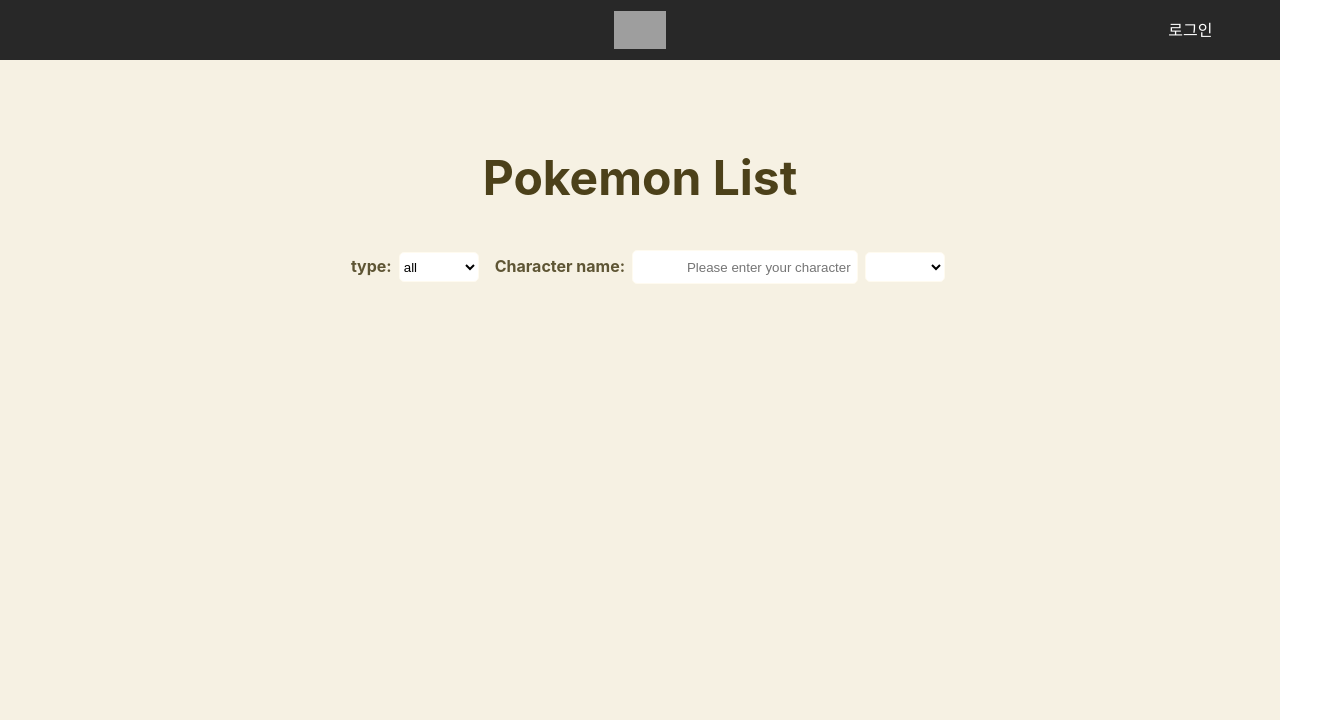
Repository: LeeYuNa0402/pokemon_vite
Page: /
These files come from the project's save history. The page is drawn as it stood at one moment and after the next save; the edit follows.
The browser window is 1280 px wide. The page is 1340 px wide, so the pictures cover 1340 px, including what lies to the right of the window. The pictures show the whole page.
Pictures or frames that could not be fetched are drawn as grey boxes. The page's requests for data from a server got no answer. The project was rebuilt for these pictures with package versions that can differ from the ones it lists, and the page was loaded fresh each time. No one was signed in, and anything a server would have sent is missing. Also part of the build but not shown: vite.config.ts, src/css/pokemon_type.css, src/PokemonDetail.tsx, src/Login.tsx, src/LoginInfo.tsx.

Above is the page before, as saved 2023-10-05 16:26:14.

### src/main.tsx
// import React from "react";
// import ReactDOM from "react-dom/client";
// import App from "./App.tsx";
// import "./index.css";

// ReactDOM.createRoot(document.getElementById("root")!).render(
//   <>
//     <App />
//   </>
// );

import ReactDOM from "react-dom/client";
import "./index.css";
import App from "./App";
import PokemonDetail from "./PokemonDetail";
import Login from "./Login";
import LoginInfo from "./LoginInfo";

import { createBrowserRouter, RouterProvider } from "react-router-dom";

const router = createBrowserRouter([
  {
    path: "/",
    element: <App />,
  },
  {
    path: ":name",
    element: <PokemonDetail />,
  },
  {
    path: "Login",
    element: <Login />,
  },
  {
    path: "LoginInfo",
    element: <LoginInfo />,
  },
]);

// const router = createBrowserRouter([
//   {
//     path: "/",
//     element: <Login />,
//   },
//   {
//     path: ":name",
//     element: <PokemonDetail />,
//   },
//   {
//     path: "App",
//     element: <App />,
//   },
//   {
//     path: "LoginInfo",
//     element: <LoginInfo />,
//   },
// ]);

const root = ReactDOM.createRoot(
  document.getElementById("root") as HTMLElement
);
root.render(<RouterProvider router={router} />);

### src/App.tsx
import PokemonList from "./PokemonList";

const App = () => {
  return (
    <div>
      <PokemonList />
    </div>
  );
};

export default App;

### src/PokemonList.tsx
import { useEffect, useState } from "react";
import axios from "axios";
import { useNavigate } from "react-router-dom";
import "./css/reset.css";
import "./css/style.css";
import CombineMenu from "./CombineMenu";
import Loading from "./Loading";

const PokemonList = () => {
  const navigate = useNavigate();
  // const { state } = useLocation();
  const [data, setData] = useState<any>([]);

  const [loading, setLoading] = useState(true);

  const [filterInput, setFilterInput] = useState("");
  const [filterSelect, setFilterSelect] = useState("all");
  const [sortName, setSortName] = useState("");
  const filterOptions = [
    { value: "all", name: "all" },
    { value: "grass", name: "grass" },
    { value: "poison", name: "poison" },
    { value: "fire", name: "fire" },
    { value: "flying", name: "flying" },
    { value: "water", name: "water" },
    { value: "bug", name: "bug" },
    { value: "normal", name: "normal" },
  ];

  useEffect(() => {
    const fetchData = async () => {
      const pokemonData = [];

      for (let i = 1; i <= 20; i++) {
        try {
          const response = await axios.get(
            `https://pokeapi.co/api/v2/pokemon/${i}`
          );
          pokemonData.push(response.data);
        } catch (error) {
          console.log(error, `pokemon ${i}`);
        }
      }

      setData(pokemonData);
      setLoading(false);
    };

    fetchData();
  }, []);

  const filteredData = data.filter((item: any) => {
    if (item.name.toLowerCase().includes(filterInput.toLowerCase()) === false) {
      console.log("없음");
    } else {
      if (filterSelect === "all") {
        return item.name.toLowerCase().includes(filterInput.toLowerCase());
      } else {
        return (
          item.name.toLowerCase().includes(filterInput.toLowerCase()) &&
          item.types.some((type: any) => type.type.name === filterSelect)
        );
      }
    }
  });

  return (
    <div className="pokemon-list">
      {loading ? (
        <Loading />
      ) : (
        <>
          <CombineMenu />

          <h1 className="main-tit">Pokemon List</h1>
          <form className="pokemon-search">
            <label htmlFor="types">type:</label>
            <select
              id="types"
              value={filterSelect}
              onChange={(e) => {
                setFilterSelect(e.target.value);
              }}
            >
              {filterOptions.map((option) => (
                <option key={option.value} value={option.value}>
                  {option.name}
                </option>
              ))}
            </select>

            <label htmlFor="types">Character name:</label>
            <input
              type="text"
              placeholder="
              Please enter your character name..."
              value={filterInput}
              onChange={(e) => {
                setFilterInput(e.target.value);
              }}
              className="search_input"
            />

            <select
              value={sortName}
              onChange={(e) => setSortName(e.target.value)}
            ></select>
          </form>
          <ul className="pokemon-cont">
            {filteredData?.map((item: any, index: number) => (
              <li
                onClick={() =>
                  navigate(item.name, {
                    state: {
                      name: item.name,
                      height: item.height,
                      weight: item.weight,
                      front_shiny: item.sprites.front_default,
                    },
                  })
                }
                key={`list_${index}`}
              >
                <span className="order"># {item.order}</span>
                <h2 className="name">{item.name}</h2>
                <img key={`list_${index}`} src={item.sprites.front_shiny} />

                <div>
                  {item?.types?.map((item: any, idx: any) => (
                    <p
                      key={`${idx}_${item.ability}`}
                      className={
                        item.type.name == "grass"
                          ? "grass"
                          : item.type.name == "water"
                          ? "water"
                          : item.type.name == "fire"
                          ? "fire"
                          : item.type.name == "bug"
                          ? "bug"
                          : item.type.name == "normal"
                          ? "normal"
                          : item.type.name == "poison"
                          ? "poison"
                          : item.type.name == "flying"
                          ? "flying"
                          : ""
                      }
                    >
                      {item.type.name}
                    </p>
                  ))}
                </div>
              </li>
            ))}
          </ul>
        </>
      )}
    </div>
  );
};

export default PokemonList;

### src/css/reset.css
html,
body,
div,
span,
applet,
object,
iframe,
h1,
h2,
h3,
h4,
h5,
h6,
p,
blockquote,
pre,
a,
abbr,
acronym,
address,
big,
cite,
code,
del,
dfn,
em,
img,
ins,
kbd,
q,
s,
samp,
small,
strike,
strong,
sub,
sup,
tt,
var,
b,
u,
i,
center,
dl,
dt,
dd,
ol,
ul,
li,
fieldset,
form,
label,
legend,
table,
caption,
tbody,
tfoot,
thead,
tr,
th,
td,
article,
aside,
canvas,
details,
embed,
figure,
figcaption,
footer,
header,
hgroup,
menu,
nav,
output,
ruby,
section,
summary,
time,
mark,
audio,
video {
  margin: 0;
  padding: 0;
  border: 0;
  font-size: 100%;
  font: inherit;
  vertical-align: baseline;
  /* color: #000; */
}
/* HTML5 display-role reset for older browsers */
article,
aside,
details,
figcaption,
figure,
footer,
header,
hgroup,
menu,
nav,
section {
  display: block;
}
body {
  line-height: 1;
}
ol,
ul {
  list-style: none;
}
blockquote,
q {
  quotes: none;
}
blockquote:before,
blockquote:after,
q:before,
q:after {
  content: "";
  content: none;
}
table {
  border-collapse: collapse;
  border-spacing: 0;
}

### src/css/style.css
#root {
  display: flex;
  justify-content: center;
  align-items: flex-start;
  /* height: 100vh; */
  /* background-color: rgba(26, 82, 142, 1);
    background-image: linear-gradient(to top, #304667, #041f4c);
    background: linear-gradient(to top, #304667, rgba(66, 16, 100, 0.6)),
      url(../image/cloude.png) no-repeat right 0; */
  background-color: #f6f1e3;
  /* padding: 8rem 0 8rem; */
  min-height: 100vh;
  width: 100%;
}

.pokemon-detail {
  text-align: center;
  width: 41%;
  background-color: #fcfcfc;
  border-radius: 20px;
  padding: 4rem 0;
  --tw-shadow: 0 4px 6px -1px rgb(0 0 0 / 0.1), 0 2px 4px -2px rgb(0 0 0 / 0.1);
  --tw-shadow-colored: 0 4px 6px -1px var(--tw-shadow-color),
    0 2px 4px -2px var(--tw-shadow-color);
  box-shadow: var(--tw-ring-offset-shadow, 0 0 #0000),
    var(--tw-ring-shadow, 0 0 #0000), var(--tw-shadow);
}

.pokemon-detail .name {
  font-size: 2rem;
  font-weight: bold;
  color: #746b4a;
}

.pokemon-detail .detail-img {
  width: 20%;
  border: 1px solid #8d7e49;
  margin: 1rem 0;
  --tw-shadow: 0 4px 6px -1px rgb(0 0 0 / 0.1), 0 2px 4px -2px rgb(0 0 0 / 0.1);
  --tw-shadow-colored: 0 4px 6px -1px var(--tw-shadow-color),
    0 2px 4px -2px var(--tw-shadow-color);
  box-shadow: var(--tw-ring-offset-shadow, 0 0 #0000),
    var(--tw-ring-shadow, 0 0 #0000), var(--tw-shadow);
  border-radius: 2%;
}

.pokemon-detail .characteristic {
  color: #282828;
}

.pokemon-detail .go-back-btn {
  position: absolute;
  top: 31%;
  left: 68.4%;
  transform: translate(-50%);
  background-color: #484848;
  /* width: 35px; */
  /* height: 35px; */
  border: none;
  border: 1px solid #484848;
  cursor: pointer;
  border-radius: 5px;
  transition: 0.3s;
  color: #fff;
  padding: 0.4rem 0.8rem;
}

.pokemon-detail .go-back-btn:hover {
  background-color: #fff;
  color: #000;
}

.pokemon-list {
  /* max-width: 1400px; */
  width: 100%;
  width: 1400px;
  margin-top: 11%;
}

.pokemon-list h1 {
  /* color: #ffc400;
    list-style: none;
    padding-left: 0px;
    text-align: center;
    margin-top: 0;
    font-size: 3rem;
    font-weight: bold; */
  /* padding-top: 5rem; */
}

.pokemon-list .order {
  font-size: 0.9rem;
  color: #b0a48b;
  position: absolute;
  top: 5%;
  left: 5%;
}

.main-tit {
  text-align: center;
  color: #4c411a;
  font-size: 3rem;
  font-weight: bold;
}

.pokemon-cont {
  display: flex;
  justify-content: flex-start;
  align-items: center;
  flex-wrap: wrap;
  list-style: none;
  padding-left: 0px;
  margin-top: 3rem;
  padding-bottom: 9rem;
}

.pokemon-cont li {
  position: relative;
  background-color: #fcfcfc;
  width: 24%;
  padding: 2rem 1rem;
  margin-bottom: 1rem;
  margin-right: 1%;
  text-align: center;
  cursor: pointer;
  transition: 0.3s;
  color: #6e623c;
  font-weight: bold;
  font-size: 1.1rem;
  --tw-shadow: 0 4px 6px -1px rgb(0 0 0 / 0.1), 0 2px 4px -2px rgb(0 0 0 / 0.1);
  --tw-shadow-colored: 0 4px 6px -1px var(--tw-shadow-color),
    0 2px 4px -2px var(--tw-shadow-color);
  box-shadow: var(--tw-ring-offset-shadow, 0 0 #0000),
    var(--tw-ring-shadow, 0 0 #0000), var(--tw-shadow);
  border-radius: 18px;
  box-sizing: border-box;
}

.pokemon-cont li:hover {
  transform: scale(1.05);
}

.pokemon-cont li:nth-child(4n) {
  margin-right: 0;
}

.pokemon-detail {
  text-align: center;
  margin: 29vh 0;
}
.pokemon-name {
  font-size: 2rem;
  font-weight: bold;
  color: #ffc400;
}

.main-cha {
  border: 1px solid gray;
  padding: 3rem;
  margin: 1rem 0;
  transition: 0.2s;
  --tw-shadow: 0 4px 6px -1px rgb(0 0 0 / 0.1), 0 2px 4px -2px rgb(0 0 0 / 0.1);
  --tw-shadow-colored: 0 4px 6px -1px var(--tw-shadow-color),
    0 2px 4px -2px var(--tw-shadow-color);
  box-shadow: var(--tw-ring-offset-shadow, 0 0 #0000),
    var(--tw-ring-shadow, 0 0 #0000), var(--tw-shadow);
}

.main-cha:hover {
}

.s-cha {
  border: 1px solid #e8e8e8;
  padding: 1rem;
  margin-right: 1%;
  background-color: #fafafa;
  transition: 0.2s;
  margin-top: 3rem;
}
.s-cha:last-child {
  margin-right: 0;
  margin-top: 1%;
}
.s-cha:hover {
  --tw-shadow: 0 4px 6px -1px rgb(0 0 0 / 0.1), 0 2px 4px -2px rgb(0 0 0 / 0.1);
  --tw-shadow-colored: 0 4px 6px -1px var(--tw-shadow-color),
    0 2px 4px -2px var(--tw-shadow-color);
  box-shadow: var(--tw-ring-offset-shadow, 0 0 #0000),
    var(--tw-ring-shadow, 0 0 #0000), var(--tw-shadow);
}

.abilities {
  display: flex;
  justify-content: center;
  align-items: center;
}
.abilities > div {
  margin-right: 5px;
}

/* ***********************login 페이지************************* */
.Login {
  /* background-color: #f5f5f9;
    width: 100%;
    height: 100vh;
    padding-top: 23vh; */
  padding: 12rem 0;
}
.login-cont {
  background-color: #fcfcfc;
  width: 20%;
  margin: 0 auto;
  padding: 1rem;
  /* text-align: center; */
  padding: 3.5rem 3rem 5rem;
  --tw-shadow: 0 4px 6px -1px rgb(0 0 0 / 0.1), 0 2px 4px -2px rgb(0 0 0 / 0.1);
  --tw-shadow-colored: 0 4px 6px -1px var(--tw-shadow-color),
    0 2px 4px -2px var(--tw-shadow-color);
  box-shadow: var(--tw-ring-offset-shadow, 0 0 #0000),
    var(--tw-ring-shadow, 0 0 #0000), var(--tw-shadow);
  border-radius: 10px;
}

.forgot-pass {
  position: absolute;
  right: 0;
  top: 0;
  color: #696cff;
  font-size: 0.8rem;
}

.password-wrap {
  position: relative;
}
.fontawesome-eye {
  position: absolute;
  right: 2%;
  padding: 5px;
  /* border: 1px solid red; */
  top: 37%;
  cursor: pointer;
}
.Login .pokemon-logo {
  width: 43%;
  display: block;
  margin: 0 auto 2rem;
}

.Login h2 {
  font-size: 1.2rem;
  margin-bottom: 0.2rem;
}

.Login p {
  font-size: 1rem;
}
.Login form {
  margin: 2rem 0 1.3rem;
}
.Login form input {
  width: 100%;
  padding: 0.6rem 0.2rem;
  margin-top: 7px;
  border-radius: 7px;
  outline: 0;
  border: 1px solid #c7cdd4;
  border-radius: 0.375rem;
  box-sizing: border-box;
}

.Login form input:focus {
  outline: none;
  border-color: #696cff !important;
}

.Login form label {
  display: block;
  text-align: left;
  font-weight: bold;
  color: #4f4d4d;
  cursor: pointer;
}

.Login .sign-in {
  display: block;
  margin: 0 auto;
  background: linear-gradient(to bottom, rgb(57 42 88) 0%, rgb(68 79 116) 100%);
  color: white;
  padding: 10px 30px;
  border: 1px solid rgba(0, 0, 0, 0.21);
  border-bottom: 4px solid rgb(39 49 83);
  border-radius: 4px;
  text-shadow: 0 1px 0 rgba(0, 0, 0, 0.15);
  transition: 0.3s;
  width: 100%;
  cursor: pointer;
}

.Login .sign-in:hover {
  transform: translateY(5px);
  background: linear-gradient(to bottom, rgb(48 34 76) 0%, rgb(60 72 112) 100%);
}

.Login .check-remember input {
  width: auto;
}

.Login label {
  font-size: 0.9rem;
}

.Login input {
  margin-bottom: 15px;
}
.Login input[type="password"] {
  /* margin-bottom: 8px; */
}

.Login input[type="checkbox"] {
  margin-right: 5px;
}

button[disabled] {
  background: linear-gradient(
    to bottom,
    rgb(196 200 203) 0%,
    rgb(154 154 154) 100%
  ) !important;
  cursor: default !important;
  border-bottom: 4px solid rgb(142 145 146) !important;
}
button[disabled]:hover {
  transform: translateY(0) !important;
}
.create-account-wrap {
  text-align: center;
  margin-top: 1rem;
}
.create-account {
  color: #696cff;
}

/* ***********************LoginInfo 페이지************************* */
.logininfo {
  text-align: center;
  background-color: #ededed;
  padding: 5rem;
  border-radius: 15px;

  width: 19%;
}

.logininfo .member {
  font-size: 1.8rem;
  font-weight: bold;
  margin-bottom: 6rem;
}

.logininfo button {
  margin: 0 auto;
  color: white;
  border: 1px solid rgba(0, 0, 0, 0.21);
  border-radius: 4px;
  text-shadow: 0 1px 0 rgba(0, 0, 0, 0.15);
  transition: 0.3s;
  width: 49%;
  cursor: pointer;
  height: 45px;
  line-height: 44px;

  background: linear-gradient(to bottom, rgb(57 42 88) 0%, rgb(68 79 116) 100%);
  border: 1px solid rgba(0, 0, 0, 0.21);
  border-bottom: 4px solid rgb(39 49 83);
}

.logininfo button:first-child {
  margin-right: 1%;
}

/* .combine-menu */
.combine-menu {
  width: 100%;
  position: fixed;
  top: 0;
  height: 60px;
}

.combine-menu .login {
}

.combine-menu .profile {
  color: #fff;
  position: absolute;
  right: 2%;
  top: 50%;
  transform: translateY(-50%);
  display: flex;
  justify-content: space-around;
  align-items: center;
  width: 10%;
}
.combine-menu .profile .profile-name {
  text-shadow: 0 0 4px #fed22c;
  animation: flicker 1.5s infinite alternate;
  display: flex;
  justify-content: center;
  align-items: center;
}

.combine-menu .profile .name img {
  vertical-align: sub;
  margin-right: 5px;
}

@keyframes flicker {
  /* 0%,
    18%,
    22%,
    25%,
    53%,
    57%,
    100% {
      text-shadow: 0 0 4px #fff, 0 0 11px #fff, 0 0 20px rgb(241, 255, 43);
    }
    20%,
    24%,
    55% {
      text-shadow: none;
    } */
  50% {
    /* opacity: 0; */
    text-shadow: none;
  }
}

.combine-menu {
  width: 100%;
  background-color: #282828;
  position: fixed;
  left: 0;
  top: 0;
  display: flex;
  justify-content: center;
  align-items: center;
  color: #fff;
  z-index: 2;
}

.combine-menu .login {
  cursor: pointer;
  color: #fff;
  transition: 0.2s;
}

.combine-menu .login:hover {
  color: #f6c50b;
}

.combine-menu .logo {
  width: 4%;
}

.appear {
  display: block;
}

.disappear {
  display: none;
}

/* loading */
.loading {
  font-size: 5rem;
}

.pokemon-search {
  text-align: center;
  margin-top: 3rem;
}

.pokemon-search label {
  margin-left: 1rem;
  font-weight: bold;
  color: #5e5534;
}

.pokemon-search input {
  width: 220px;
}
.pokemon-search select {
  width: 80px;
}

.pokemon-search input,
.pokemon-search select {
  margin-left: 7px;
  border-radius: 5px;
  border: 1px solid #fffbf0;
  height: 30px;
  background-color: #fff;
  color: #000;
}

### src/CombineMenu.tsx
import { useNavigate } from "react-router-dom";
import "./css/style.css";

const CombineMenu = () => {
  const navigate = useNavigate();

  const onClickImg = () => {
    navigate(`/Login`);
  };

  // console.log(sessionStorage.getItem("key"), "<===이거 확인중");

  const logoutBtn = () => {
    sessionStorage.removeItem("key");
    localStorage.removeItem("key");
    window.location.reload();
  };

  return (
    <div className="combine-menu">
      <img
        className="logo"
        src="https://lh3.googleusercontent.com/3TSaKxXGo2wT0lu0AyNUBnkk6wkCC2AzOhJyy3JXIPm-AmZ1k9DSAroWeBUyePswCZSs5lVp3mPF7HzUpY9VPlyOV5eddITONINr3WSqLNLm=e365-w1860"
      />

      <div className="profile">
        <div>
          {/* <img
            src="https://file.valofe.com/Valofe_file/web/vfun/images/common/grade/g-new.png"
            alt="g-new"
          /> */}

          {sessionStorage.getItem("key") === null &&
          localStorage.getItem("key") === null
            ? ""
            : sessionStorage.getItem("key") !== null
            ? `${sessionStorage.getItem("key")}님`
            : localStorage.getItem("key") !== null
            ? `${localStorage.getItem("key")}님`
            : ""}
        </div>

        <div className="login" onClick={onClickImg}>
          {sessionStorage.getItem("key") === null &&
          localStorage.getItem("key") === null
            ? "로그인"
            : ""}
          {/* 로그인 */}
        </div>

        <div className="login" onClick={logoutBtn}>
          {sessionStorage.getItem("key") === null &&
          localStorage.getItem("key") === null
            ? ""
            : "로그아웃"}
        </div>
      </div>
    </div>
  );
};

export default CombineMenu;

### src/Loading.tsx
import "./css/style.css";

const Loading = () => {
  return <div className="loading">로딩중....</div>;
};

export default Loading;

Loaded but not shown: index.html (common file); src/index.css (common file)

After the next save:
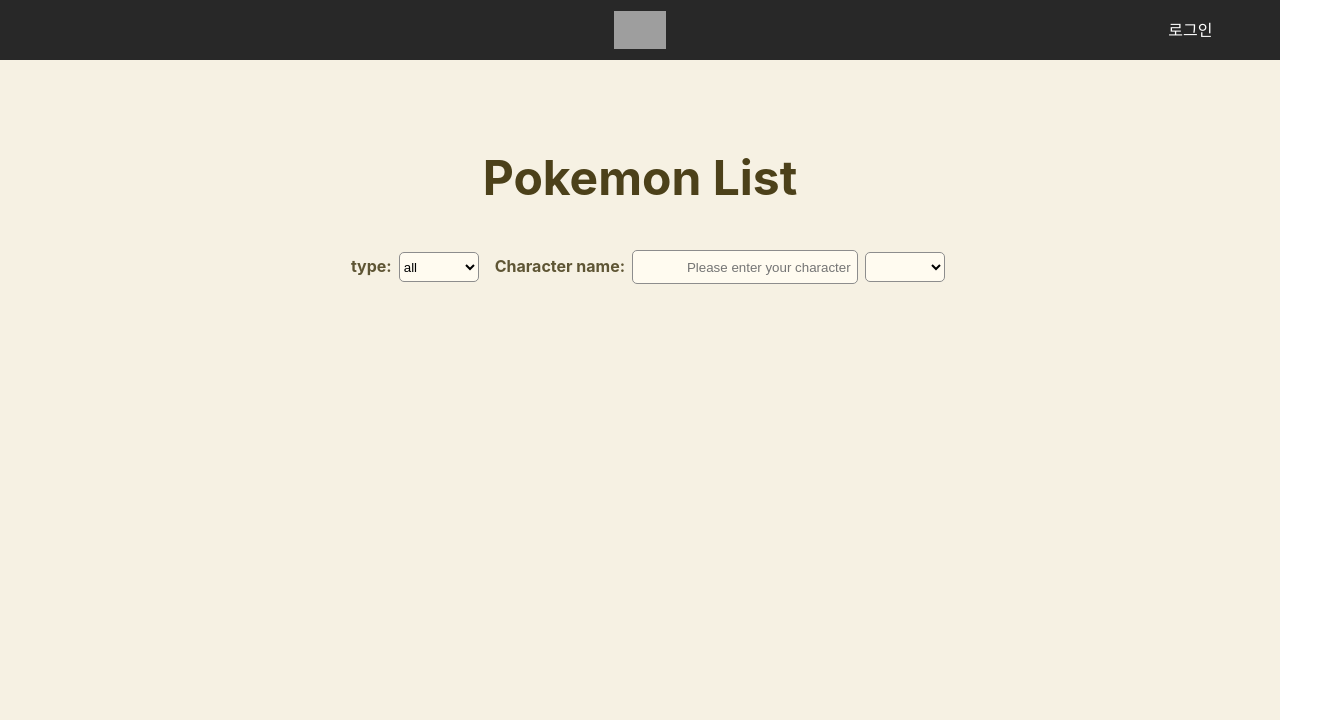
Saved 4 s later.
--- a/src/css/style.css
+++ b/src/css/style.css
@@ -495,8 +495,8 @@
 .pokemon-search select {
   margin-left: 7px;
   border-radius: 5px;
-  border: 1px solid #fffbf0;
+  border: 1px solid #8d8d8d;
   height: 30px;
-  background-color: #fff;
+  background-color: #fffbf0;
   color: #000;
 }
